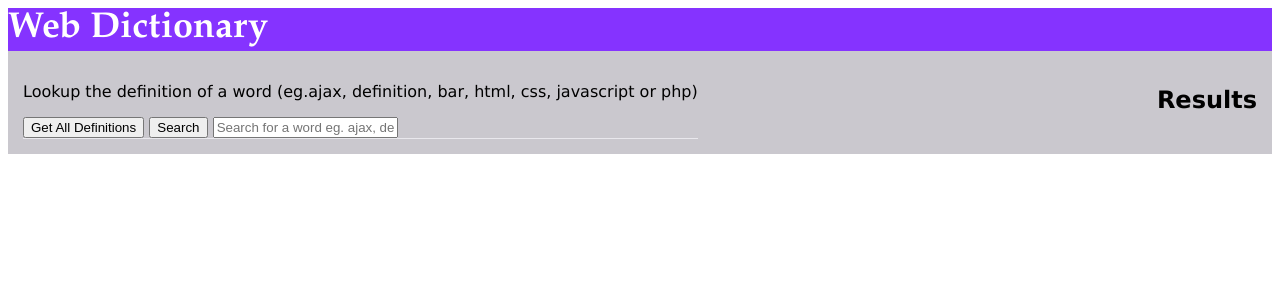
Repository: zBraVo17/info2180-lab6
Page: index.html
The author's editor kept a record of every edit. The page is drawn from the files as they stood at one moment, then again after the next edit.
The browser window is 1280 px wide. The pictures show the whole page.
Some web libraries are served in a nearby version.

Above is the page before.

After the next edit:
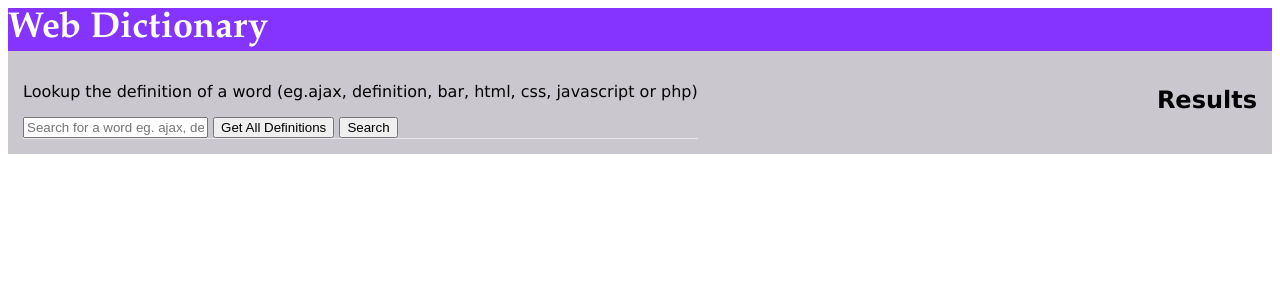
The edit:
--- a/index.html
+++ b/index.html
@@ -11,9 +11,9 @@
   	 <div class="container">
      <div id="search">
       <p> Lookup the definition of a word (eg.ajax, definition, bar, html, css, javascript or php) </p>
+      <input id="text" type="text" placeholder="Search for a word eg. ajax, definition, bar, html, css, javascript or php">
       <input id="button1" type="button" value="Get All Definitions">
       <input id="button" type="button" value="Search">
-  	   <input id="text" type="text" placeholder="Search for a word eg. ajax, definition, bar, html, css, javascript or php">
   	  </div>
      <div id="result">
      	<h2>Results</h2>
